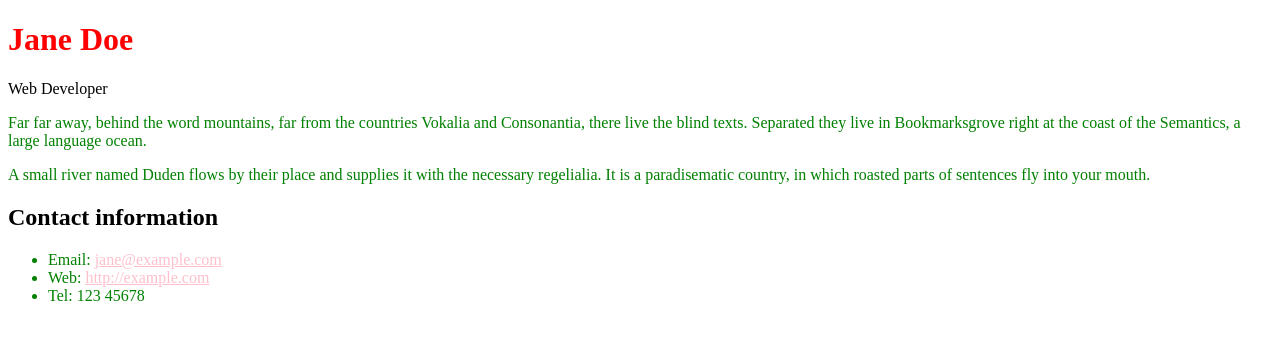
Repository: Valhally/web-projects
Page: sample-site/index.html
These files come from the project's save history. The page is drawn as it stood at one moment and after the next save; the edit follows.
The browser window is 1280 px wide. The pictures show the whole page.

Above is the page before, as saved 2021-08-11 16:19:41.

After the next save:
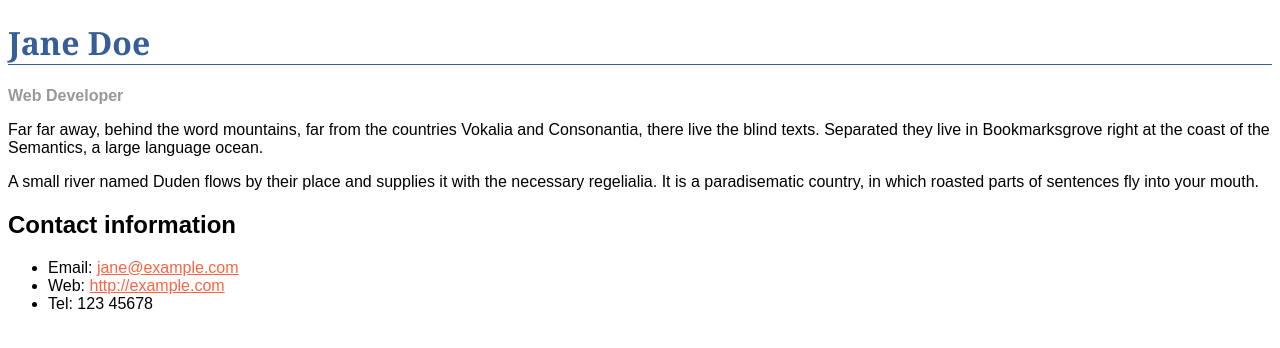
Saved 8 s later.
--- a/sample-site/resources/styles.css
+++ b/sample-site/resources/styles.css
@@ -1,60 +1,27 @@
-h1 {
-    color: red;
+body {
+    font-family: Arial, Helvetica, sans-serif;
 }
 
-p, li {
-    color: green;
+h1 {
+    color: #375e97;
+    font-size: 2em;
+    font-family: Georgia, 'Times New Roman', Times, serif;
+    border-bottom: 1px solid #375e97;
 }
 
-li {
-    list-style-type: disc;
+h2 {
+    font-size: 1.5em;
 }
 
-li.special {
-    color: orange;
+.job-title {
+    color: #999999;
     font-weight: bold;
 }
 
-li em {
-    color: rebeccapurple;
+a:link, a:visited {
+    color: #fb6542;
 }
 
-h1 + p {
-    font-size: 200%;
-    color: blue;
-}
-
-a:link {
-    color: pink;
-}
-a:visited {
-    color: green;
-}
 a:hover {
     text-decoration: none;
 }
-
-.outer {
-    border: 5px solid black
-}
-
-.inner {
-    padding: 10px;
-    width: calc(50%);
-    background-color: rebeccapurple;
-    color: white;
-}
-
-.box {
-    margin: 30px;
-    width: 100px;
-    height: 100px;
-    background-image: url('poster.png');
-    transform: rotate(0.8turn);
-}
-
-@media (min-width: 300000em) {
-    body {
-        background-color: blue;
-    }
-}
